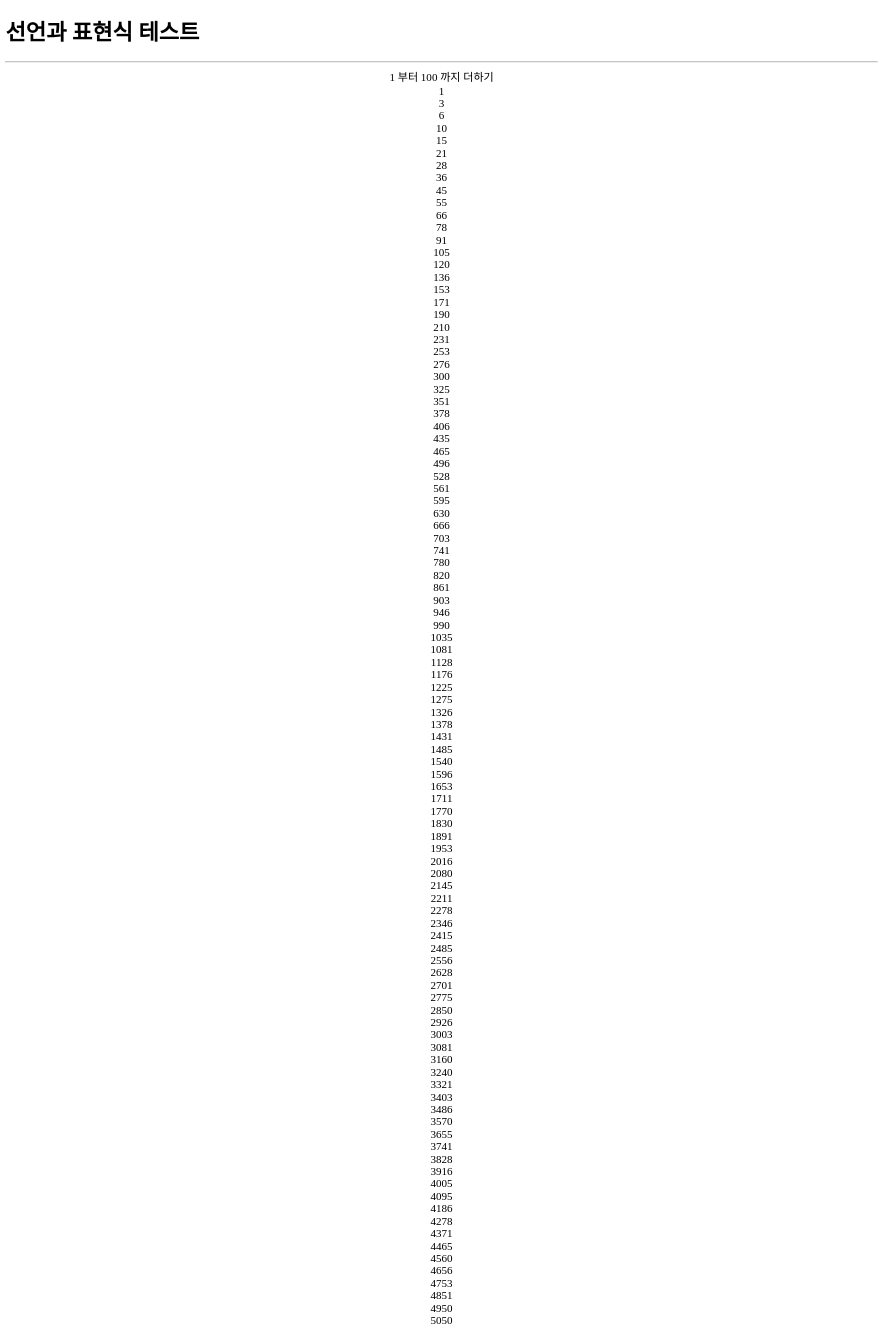
Repository: HyeonbinSa/JSPBook
Page: http://localhost/jspbook/ch05/scriptlet.jsp
An editor plug-in stored every save of this project. The page is shown before and after the next save, followed by the edit.
The browser window is 1280 px wide. The pictures show the whole page, at 69% of full size.
The page is served by Tomcat 9. Other server files are loaded and not shown.

Above is the page before, as saved 2020-01-02 08:39:17.

### jspbook/WebContent/ch05/scriptlet.jsp
<%@ page language="java" contentType="text/html; charset=UTF-8"
    pageEncoding="UTF-8"%>
<%!
	int sum = 0;
	String name = "ben";
	String str = "test";
	public int sum(){
		for(int i = 1; i<=100 ; i++){
			sum += i;
		}
		return sum;
	}
%>
<!DOCTYPE html>
<html>
<head>
<meta charset="UTF-8">
<title>선언과 표현식</title>
</head>
<body>
<h1>선언과 표현식 테스트</h1>
<hr>
<div align="center">
1 부터 100 까지 더하기 <br>
<%
	for(int i = 1; i<=100 ; i++){
		sum += i;
%>
<%= sum + "<br>" %>
<%
	}
%>
</div>
</body>
</html>

After the next save:
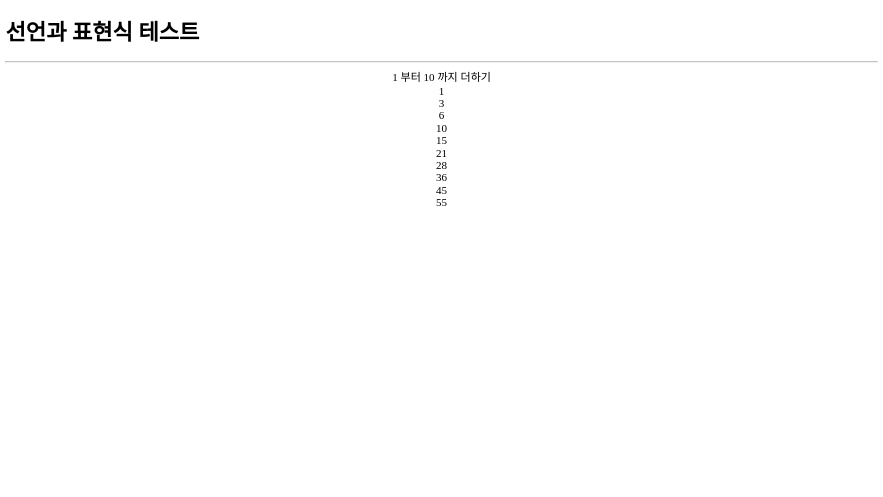
Saved 17 s later.
--- a/jspbook/WebContent/ch05/scriptlet.jsp
+++ b/jspbook/WebContent/ch05/scriptlet.jsp
@@ -21,9 +21,9 @@
 <h1>선언과 표현식 테스트</h1>
 <hr>
 <div align="center">
-1 부터 100 까지 더하기 <br>
+1 부터 10 까지 더하기 <br>
 <%
-	for(int i = 1; i<=100 ; i++){
+	for(int i = 1; i<=10 ; i++){
 		sum += i;
 %>
 <%= sum + "<br>" %>
